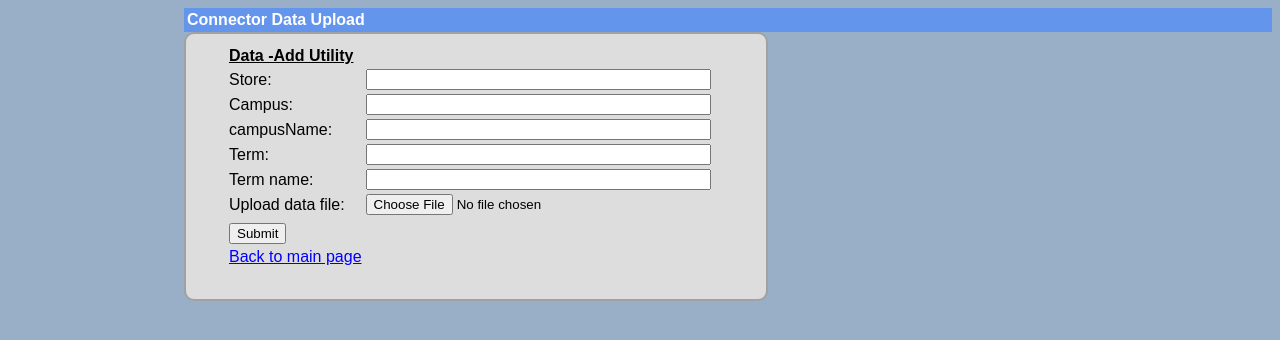
Repository: caditya/Dataupload
Page: http://localhost/connectordata/WEB-INF/views/datainput.jsp
The author's editor kept a copy of each file at every save. The page is drawn from the files as they stood at one save, then again after the next save.
The browser window is 1280 px wide. The pictures show the whole page.
Some web libraries are served in a nearby version. The page is served by Tomcat 9. Nobody is signed in. Other server files are loaded and not shown. The template is opened directly, without the code that normally fills it, so the values that code supplies are empty.

Above is the page before, as saved 2014-07-21 19:45:18.

### QAFileUpload/connectordata/src/main/webapp/WEB-INF/views/datainput.jsp
<%@ page language="java" contentType="text/html; charset=ISO-8859-1"
	pageEncoding="ISO-8859-1"%>
<html>
<head>

<%@taglib prefix="c" uri="http://java.sun.com/jsp/jstl/core"%>
<link href="<c:url value="/resources/css/coffee.css" />"
	rel="stylesheet">

<script src="//code.jquery.com/jquery-1.10.2.js"></script>
<script>
	$(document).ready(function() {
		$(function() {
		    $(document).keypress(function(event) {
		        var ch = String.fromCharCode(event.keyCode || event.charCode);
		        switch (ch) {
		            case 'c': case 'C':
		            	uploadFile();
		                break;
		        }
		    });
		});



		$("#submit-button").click(function() {
			$("#newaccountform").attr("action", "/it/createnewaccount");
			$("#newaccountform").attr("method", "post");
			$("#newaccountform").submit();
		});
		$("#startfile").click(function() {
			createstart();
		});



	});
</script>

<script>
function createstart(){
	alert('createstart');
	$.getJSON("/connector/startfile", { store: $('#store').val() }, function(startfile) {
		if (startfile.error== 'false') {
        	$("#placeholder_startfile").html(startfile);

        } else if (availability.error=='true'){
        	$("#placeholder_startfile").html("Cannot create file with this data");
        }
    });
}



	!function(d, s, id) {
		var js, fjs = d.getElementsByTagName(s)[0], p = /^http:/
				.test(d.location) ? 'http' : 'https';
		if (!d.getElementById(id)) {
			js = d.createElement(s);
			js.id = id;
			js.src = p + '://platform.twitter.com/widgets.js';
			fjs.parentNode.insertBefore(js, fjs);
		}
	}(document, 'script', 'twitter-wjs');
</script>
<title>Follett Apps</title>
<style>
.error {
	color: #ff0000;
}

</style>
</head>
<body>

	<%@ include file="shared/CoffeeHeader.jsp"%>
	<c:if test="${'Account Created' eq account_status}">
		<c:out value="Account Created1"></c:out>
	</c:if>

	 <div >
	<form:form method="POST" commandName="dataBlock" action="/connector/startfile" enctype="multipart/form-data">
		<form:errors path="*" cssClass="errorblock" element="div" />

	 <table>
		<tr>
				<td><b><u>Data -Add Utility</u></b></td>

			</tr>
			<tr>
				<td>Store:</td>
				<td> <form:input path="store"  size="40"/></td>
				<td><form:errors path="store" cssClass="error" /></td>
			</tr>
			<tr>
				<td>Campus:</td>
				<td><form:input path="campus"  size="40"/></td>
				<td><form:errors path="campus" cssClass="error"  /></td>
			</tr>

			<tr>
				<td>campusName:</td>
				<td><form:input path="campusName" size="40"/></td>
				<td><form:errors path="campusName" cssClass="error" /></td>
			</tr>
			<tr>
				<td>Term:</td>
				<td><form:input path="term" size="40"/></td>
				<td><form:errors path="term" cssClass="error" /></td>
			</tr>
			<tr>
				<td>Term name:</td>
				<td><form:input path="termName" size="40"/></td>
				<td><form:errors path="termName" cssClass="error" /></td>
			</tr>
			<tr>
				<td>Upload data file:</td>

				<td>
				<input type="file" name="dataFile"/>
				</td>

			</tr>
			<tr>
			<td><input type='button' id='startfile' name='startfile'
				value='Generate Start File' hidden="true" /></td>
			</tr>
			<tr>
				<td colspan="3"><input type="submit" /></td>
			</tr>
			<tr>
		<td><a href="/connector/" class='font'>Back to main page</a></td>
		</tr>
		<tr>
			<td><p  class='font' id="placeholder_startfile"></p></td>
		</tr>

		</table>

	</form:form>
	</div>


</body>
</html>

### QAFileUpload/connectordata/src/main/webapp/WEB-INF/views/shared/CoffeeHeader.jsp
<%@ page language="java" contentType="text/html; charset=ISO-8859-1"
	pageEncoding="ISO-8859-1"%>
<%@ taglib prefix="c" uri="http://java.sun.com/jsp/jstl/core"%>
<%@ taglib prefix="fmt" uri="http://java.sun.com/jsp/jstl/fmt"%>
<%@ taglib prefix="form" uri="http://www.springframework.org/tags/form"%>
<%@ taglib prefix="sec"
	uri="http://www.springframework.org/security/tags"%>

<html>
<head>
<link rel="stylesheet" href="/coffee.css">
<link href="<c:url value="/resources/css/coffee.css" />"
	rel="stylesheet">
<title>Connector Header</title>
</head>
<body>
	<table class='table_header' >

		<tr>
			<td class="center" style="width: 80%;">
				<p class='pHeading'><b>Connector Data Upload</b></p>
			</td>
			<td class="center"  align="right"  "width: 15%">
			<sec:authorize access="authenticated">
					<p class='pHeading'>
						<sec:authentication property="name" />
			</td>
			<td class="center" style="width: 15%">
				<c:url var="logouturl" value="/j_spring_security_logout" />
				<a href="${logouturl}"> Log out</a>

			</td>
			</sec:authorize>
		</tr>
	</table>
</body>
</html>

### QAFileUpload/connectordata/src/main/webapp/resources/css/coffee.css
@CHARSET "UTF-8";
body {
  padding-left: 11em;
  font-family: Georgia, "Times New Roman",
        Times, serif;
  color: black;
  background-color: #98AFC7 }
ul.navbar {
  list-style-type: none;
  padding: 0;
  margin: 0;
  position: absolute;
  top: 2em;
  left: 1em;
  width: 9em }
h1 {
  font-family: Helvetica, Geneva, Arial,
        SunSans-Regular, sans-serif }
ul.navbar li {
  background: white;
  margin: 0.5em 0;
  padding: 0.3em;
  border-right: 1em solid black }
ul.navbar a {
  text-decoration: none }
a:link {
  color: blue }
a:visited {
  color: black }
address {
  margin-top: 1em;
  padding-top: 1em;
  border-top: thin dotted }

p.pHeading {
 	color: white;
 	background:#6495ED;
 }
 td.center {
    /* <http://www.w3.org/wiki/CSS/Properties/text-align>
     * left, right, center, justify, inherit
     */
    text-align: left;
    /* <http://www.w3.org/wiki/CSS/Properties/vertical-align>
     * baseline, sub, super, top, text-top, middle,
     * bottom, text-bottom, length, or a value in percentage
     */
    vertical-align: text-top;
    font: caption;
}
.font{
	font: caption;
}
.errorblock {
	font: caption;
	color: black;
	background-color: ;
	border: 3px solid #ff0000;
	padding: 8px;
	margin: 0px;
}
.table_header{
	width: 100%;
	background-color: #6495ED;
}
td {
	font: caption;
}
a {
	font: caption;
}

td.u{
	text-decoration:underline bold;
}
.modal {
    display:    none;
    position:   fixed;
    z-index:    1000;
    top:        0;
    left:       0;
    height:     100%;
    width:      100%;
    background: rgba( 255, 255, 255, .8 )
                url('http://i.stack.imgur.com/FhHRx.gif')
                50% 50%
                no-repeat;
}

/* When the body has the loading class, we turn
   the scrollbar off with overflow:hidden */
body.loading {
    overflow: hidden;
}

/* Anytime the body has the loading class, our
   modal element will be visible */
body.loading .modal {
    display: block;
}
.disabled {
   backgroundColor:black;
   color: darkgrey;
   background-color: grey;
   backgroundColor:black;
}


div {
    border: 2px solid #a1a1a1;
    padding: 10px 40px;
    background: #dddddd;
    width: 500px;
    border-radius: 10px;
}

After the next save:
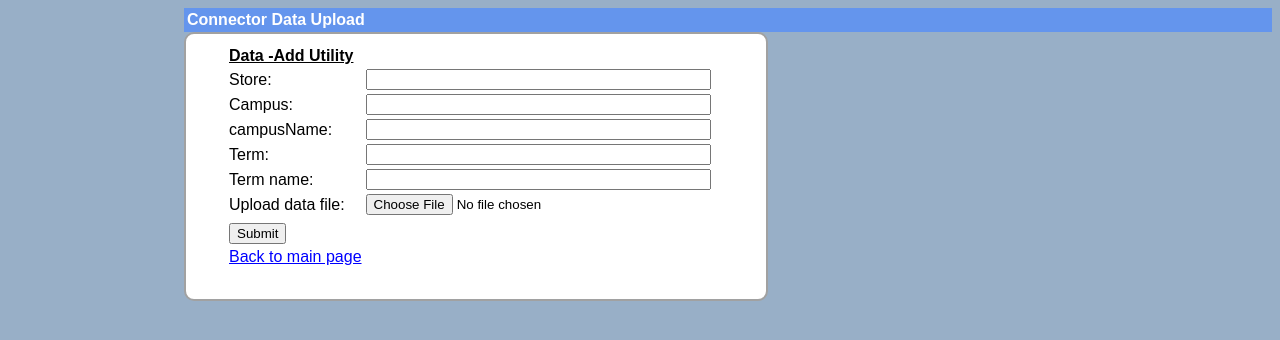
Saved 22 s later.
--- a/QAFileUpload/connectordata/src/main/webapp/resources/css/coffee.css
+++ b/QAFileUpload/connectordata/src/main/webapp/resources/css/coffee.css
@@ -109,7 +109,7 @@ body.loading .modal {
 div {
     border: 2px solid #a1a1a1;
     padding: 10px 40px;
-    background: #dddddd;
+    background: white;
     width: 500px;
     border-radius: 10px;
 }
